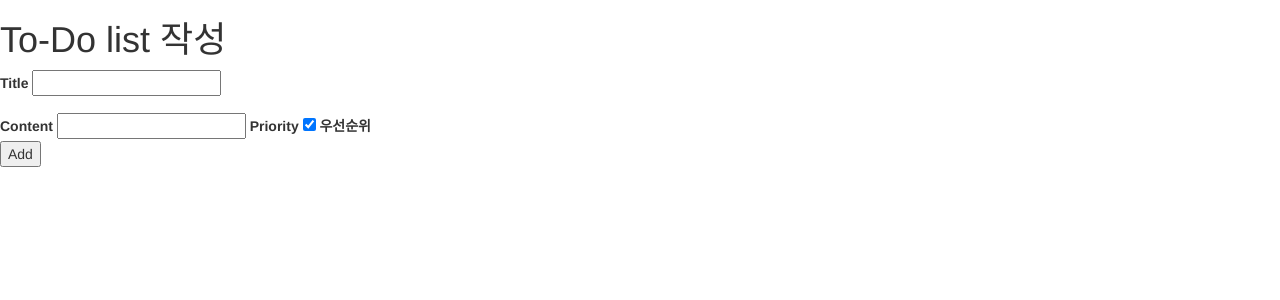
Repository: qudgns200/Toy_01_ToDoList
Page: http://localhost/ToDoList/jsp/writeForm.jsp
An editor plug-in stored every save of this project. The page is shown before and after the next save, followed by the edit.
The browser window is 1280 px wide. The pictures show the whole page.
The page is served by Tomcat 9. Nobody is signed in. The application's start-up code is not run.

Above is the page before, as saved 2019-11-07 04:41:28.
Console error (its wording comes from the project's code and is left out).

After the next save:
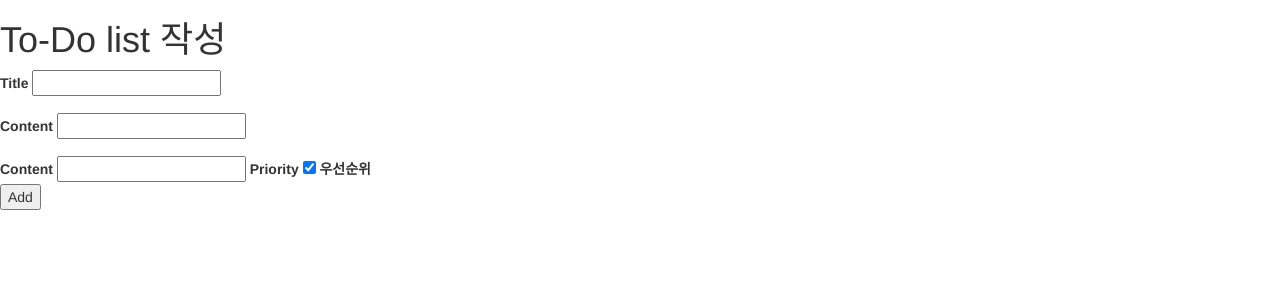
Saved 21 s later.
--- a/ToDoList/WebContent/jsp/writeForm.jsp
+++ b/ToDoList/WebContent/jsp/writeForm.jsp
@@ -20,6 +20,11 @@
 			<input type="text" name="title" id="title"/>
 		</div>
 
+		<div class="form-group">
+			<label for="content">Content</label>
+			<input type="text" name="title" id="title"/>
+		</div>
+
 		<label>Content</label> <input type="text" name="content" id="content" />
 
 		<label>Priority</label> <input type="checkbox" name="priority"
